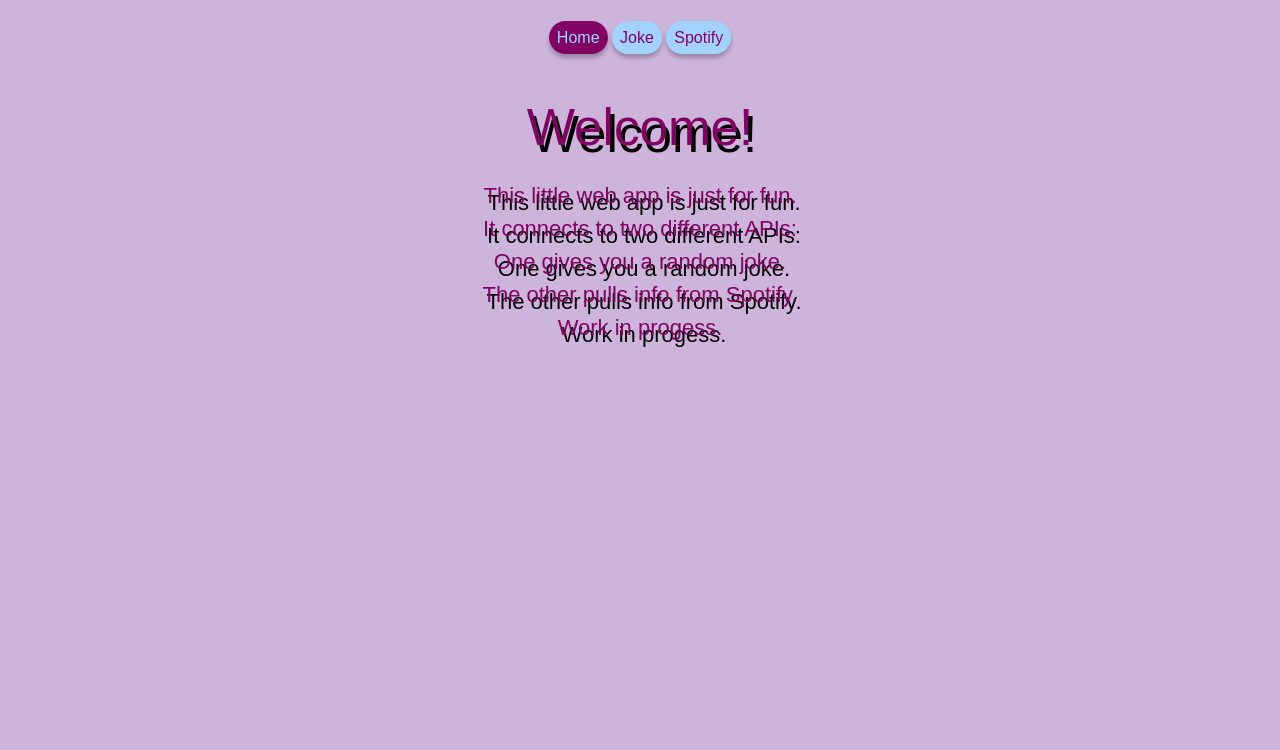
Repository: rosieomusic/spotify-react
Page: /
These files come from the project's save history. The page is drawn as it stood at one moment and after the next save; the edit follows.
The browser window is 1280 px wide. The pictures show the whole page.
Some web fonts or font styles are not loaded; a fallback is used. The project was rebuilt for these pictures with package versions that can differ from the ones it lists, and the page was loaded fresh each time. Settings that the repository does not hold, such as keys and server addresses, were given made-up values. Also part of the build but not shown: vite.config.js, src/services/SpotifyService.js, src/components/AlbumComponent.jsx, src/pages/SpotifyPage.jsx, src/services/JokeService.js, src/pages/JokePage.jsx.

Above is the page before, as saved 2025-05-23 00:04:14.

After the next save:
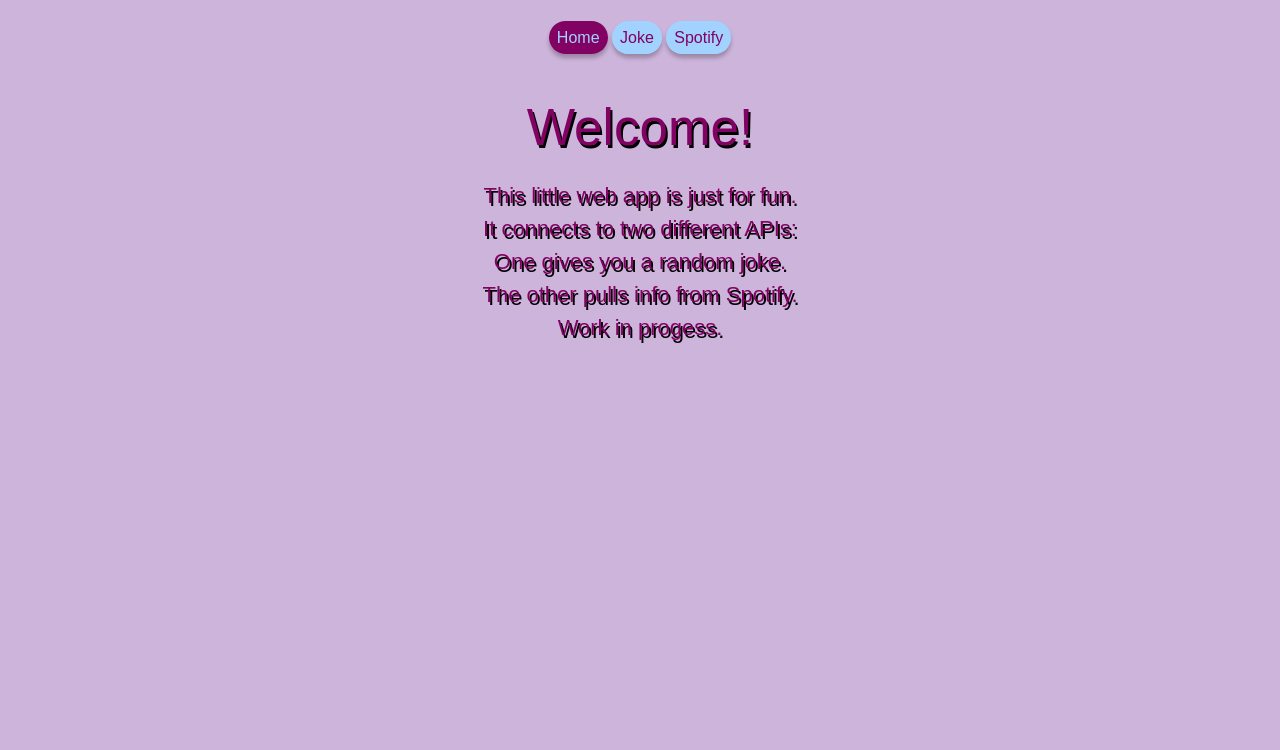
Saved 14 s later.
--- a/src/App.css
+++ b/src/App.css
@@ -96,7 +96,7 @@ p {
 	text-align: center;
 	align-self: center;
 	margin-bottom: 20px;
-	text-shadow: black 4px 7px;
+	text-shadow: black 2px 3px;
 }
 li {
 	list-style-type: none;
